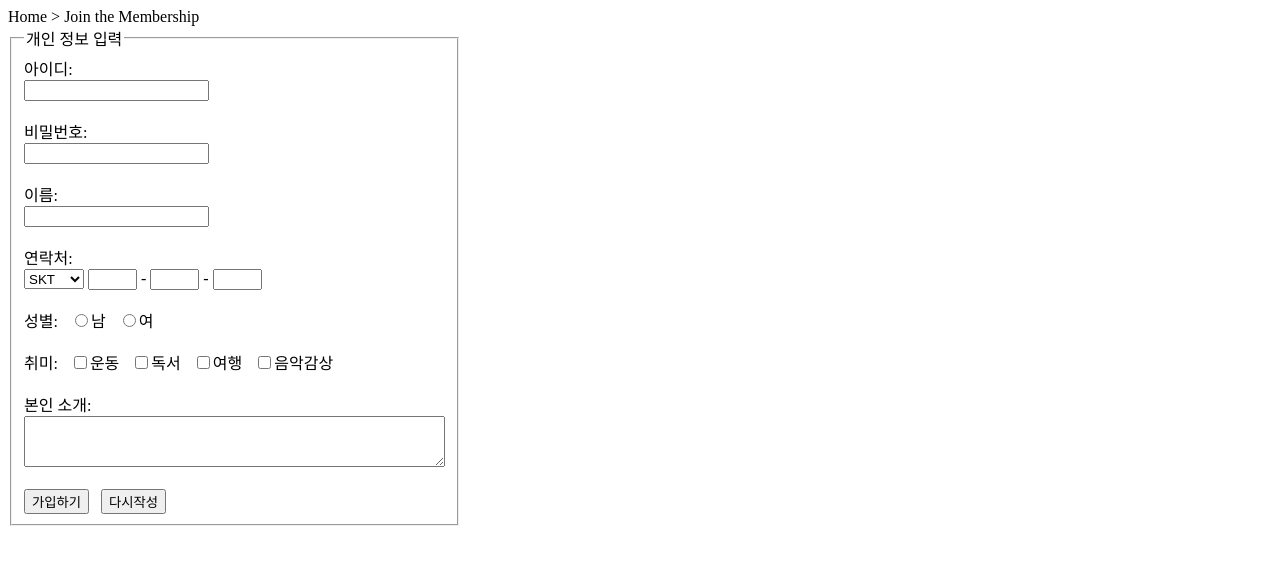
Repository: parkgyutaee/My_JAVA_Project
Page: http://localhost/JSPStudy/form_membership01.jsp
The author's editor kept a copy of each file at every save. The page is drawn from the files as they stood at one save, then again after the next save.
The browser window is 1280 px wide. The pictures show the whole page.
The page is served by Tomcat 10. Other server files are loaded and not shown.

Above is the page before, as saved 2025-07-10 04:03:05.

### Workspace/JSPStudy/src/main/webapp/form_membership01.jsp
<%@ page language="java" contentType="text/html; charset=UTF-8"
    pageEncoding="UTF-8"%>
<!DOCTYPE html>
<html>
<head>
<meta charset="UTF-8">
<title>개인정보입력입니다!</title>
</head>
<body>
	Home > Join the Membership
	<fieldset style = "width:330px">
		<legend>개인 정보 입력</legend>
		아이디: <br>
		<input type = "text" name = "id"> <br><br>
		비밀번호: <br>
		<input type = "text" name = "password"> <br><br>
		이름: <br>
		<input type = "text" name = "name"> <br><br>

		연락처: <br>
		<select name = "choise" style = "width:60px;height:20.5px">
			<option value = "skt">SKT</option>
			<option value = "kt">KT</option>
			<option value = "lg">LG</option>
		</select>
		<input type="text" name="p1" maxlength="3" size = "3"> - <input type="text" name="p2" maxlength="3" size = "3"> - <input type="text" name="p3" maxlength="3" size = "3">
		<br><br>
		성별: &nbsp; <input type = "radio" name = "gender">남 &nbsp; <input type = "radio" name = "gender">여 <br><br>
		취미: &nbsp; <input type = "checkbox" name = "hobby1">운동
				&nbsp; <input type = "checkbox" name = "hobby2">독서
				&nbsp; <input type = "checkbox" name = "hobby3">여행
				&nbsp; <input type = "checkbox" name = "hobby3">음악감상 <br><br>
		본인 소개: <br>
		<textarea type="introduce_area" rows="3" cols="50" >
		</textarea> <br><br>

		<div>
			<input type="submit" value="가입하기">
			&nbsp;
			<input type="reset" value="다시작성">

		</div>

	</fieldset>
</body>
</html>

After the next save:
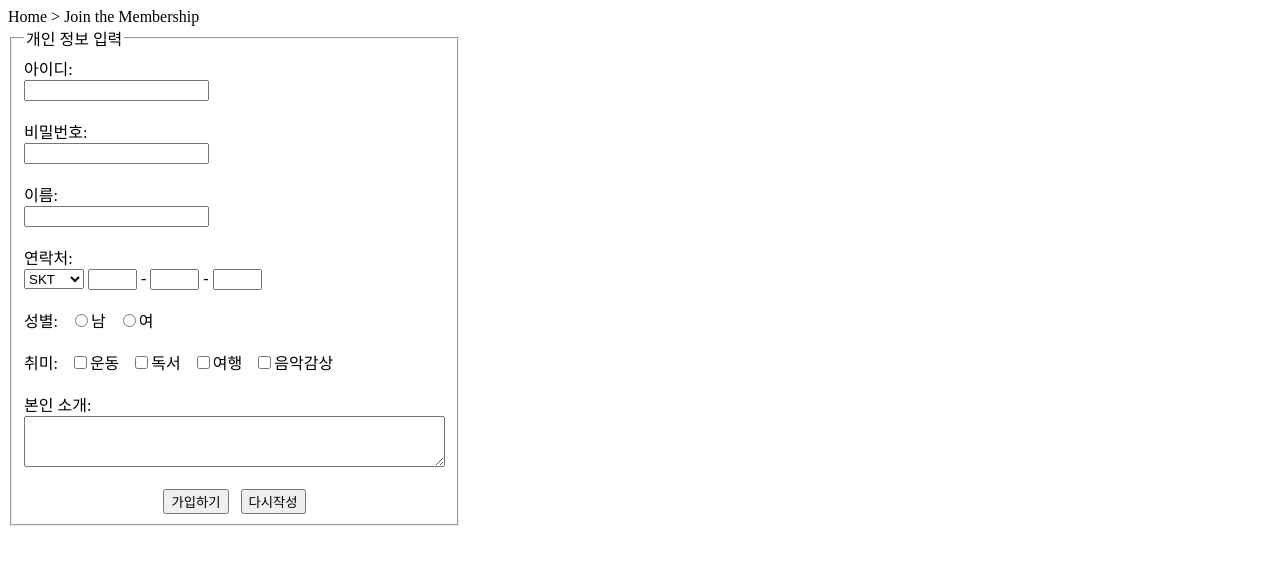
Saved 8 s later.
--- a/Workspace/JSPStudy/src/main/webapp/form_membership01.jsp
+++ b/Workspace/JSPStudy/src/main/webapp/form_membership01.jsp
@@ -34,11 +34,10 @@
 		<textarea type="introduce_area" rows="3" cols="50" >
 		</textarea> <br><br>
 
-		<div>
+		<div align = "center">
 			<input type="submit" value="가입하기">
 			&nbsp;
 			<input type="reset" value="다시작성">
-
 		</div>
 
 	</fieldset>
